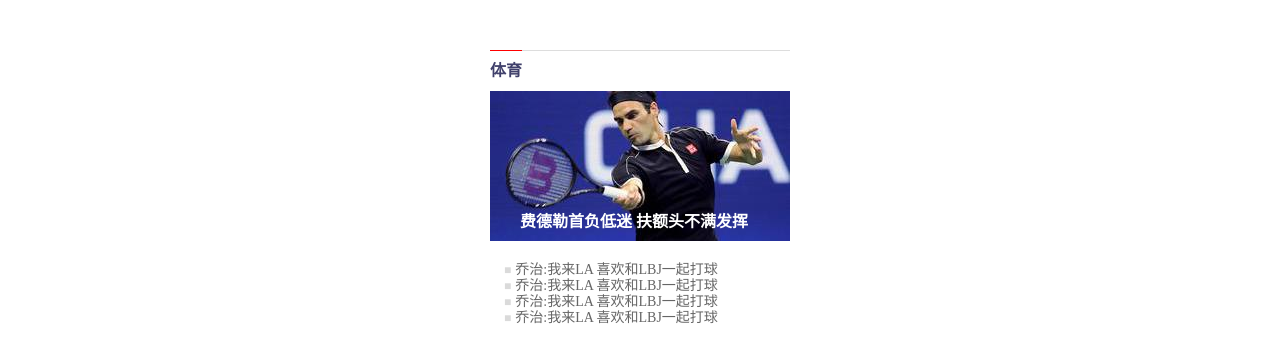
Repository: Romic77/css-test
Page: exercise/03_网易新闻的右侧列表.html
The author's editor kept a copy of each file at every save. The page is drawn from the files as they stood at one save, then again after the next save.
The browser window is 1280 px wide. The pictures show the whole page.
The pointer rests on the first visible `.news-list li a`.

Above is the page before, as saved 2022-09-03 16:06:03.

After the next save:
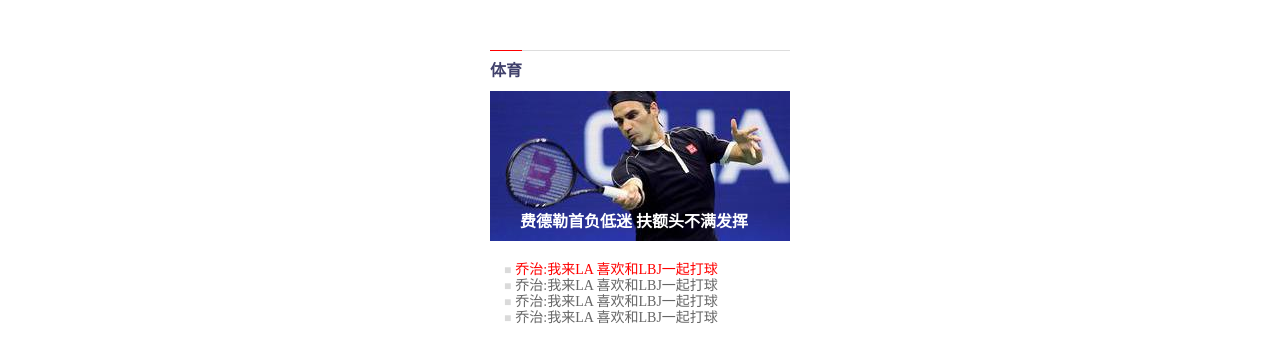
Saved 66 s later.
--- a/exercise/03_网易新闻的右侧列表.html
+++ b/exercise/03_网易新闻的右侧列表.html
@@ -71,6 +71,10 @@
             font-size: 14px;
             color: #666666;
         }
+
+        .news-list li a:hover {
+            color: red;
+        }
     </style>
 </head>
 
